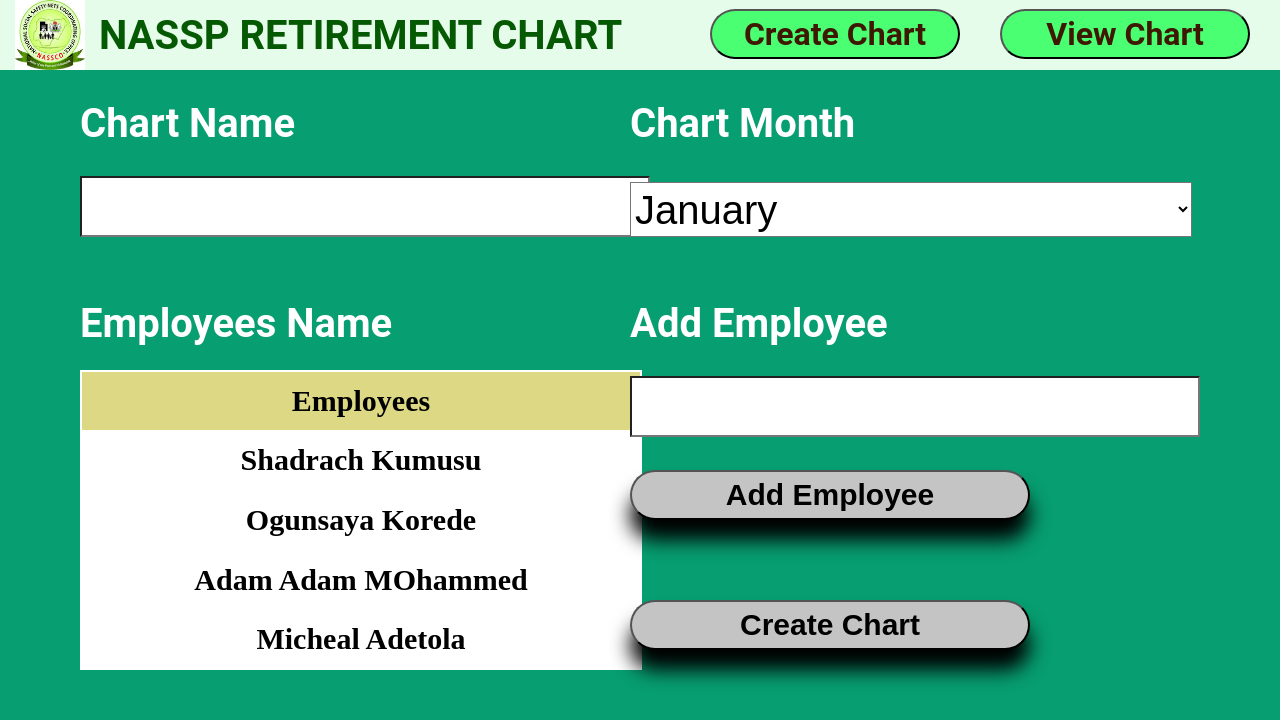
Repository: sheddy1/nasspchart
Page: http://localhost/
These files come from the project's save history. The page is drawn as it stood at one moment and after the next save; the edit follows.
The browser window is 1280 px wide. The pictures show the whole page.
The page is run by PHP 8.4 with error messages shown; the project is at /var/www/html/. The database holds what the project's SQL file puts in it.

Above is the page before, as saved 2022-04-06 16:36:36.

After the next save:
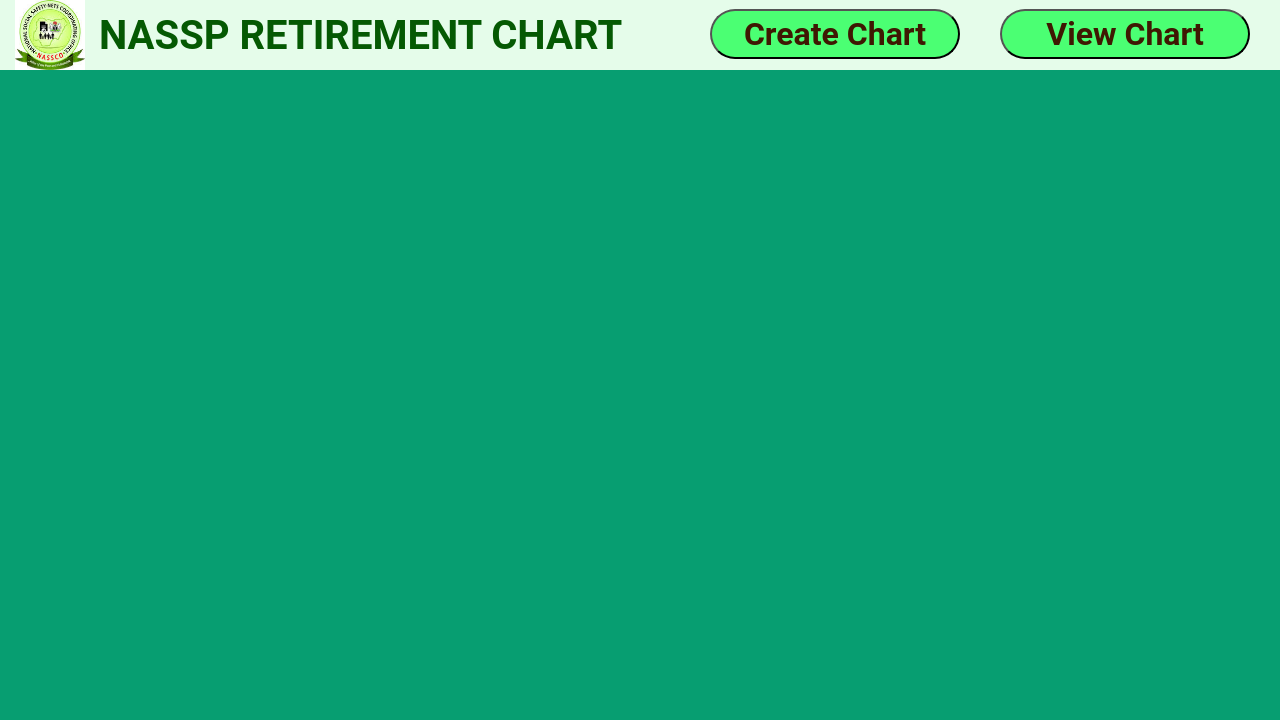
Saved 2 min 29 s later.
--- a/index.php
+++ b/index.php
@@ -39,7 +39,7 @@
     <input type="text">
 
     <?php
-        $page = 1;
+        $page = 2;
         if(isset($_POST['view-chart']))
         {
             // echo"<script>alert('you can view chart')</script>";
